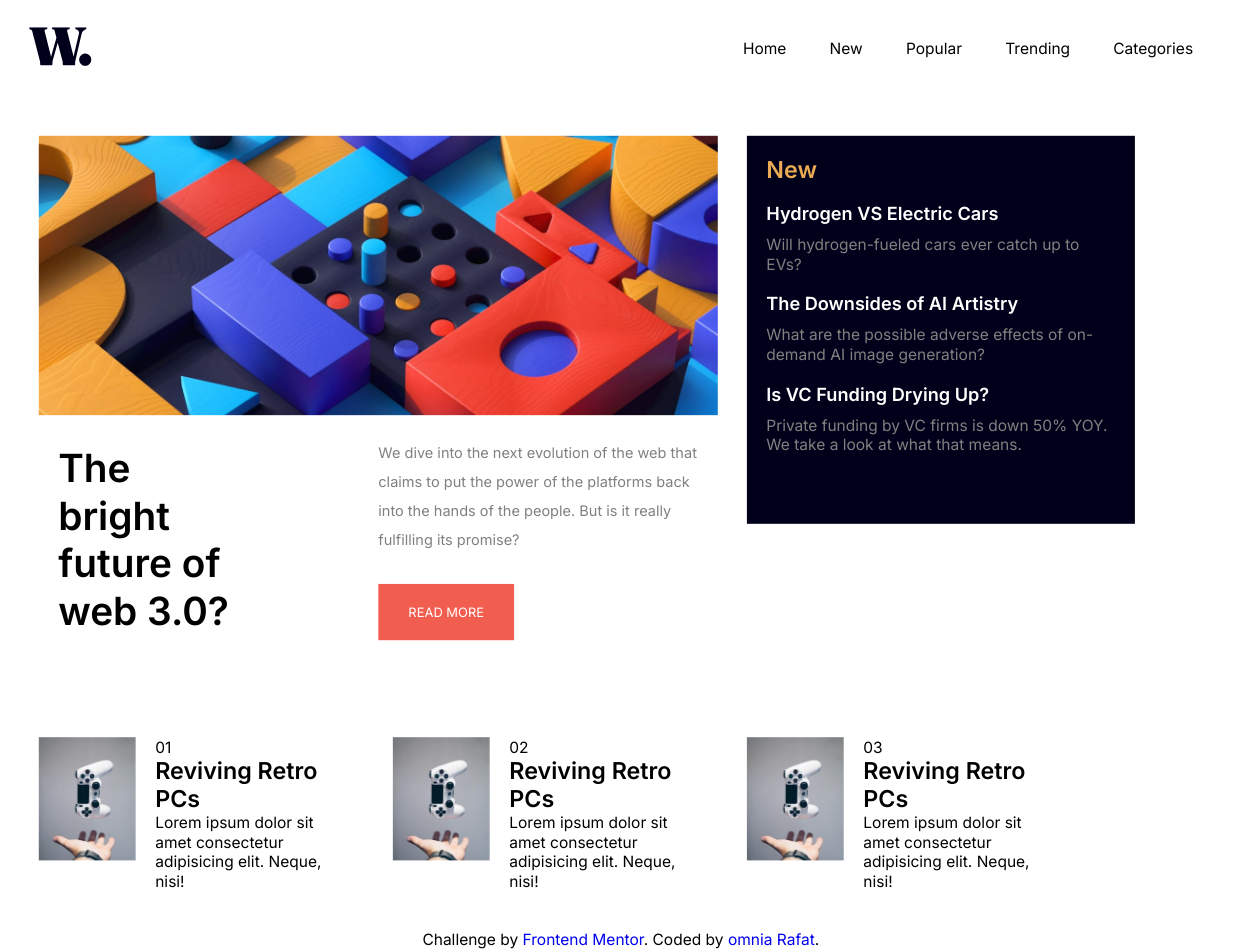
Repository: OmniaRafat232111121/HomePage
Page: index.html
These files come from the project's save history. The page is drawn as it stood at one moment and after a run of saves; the edit follows.
The browser window is 1280 px wide. The pictures show the whole page, at 97% of full size.

Above is the page before, as saved 2022-12-17 17:35:57.

### index.html
<!DOCTYPE html>
<html lang="en">
<head>
  <meta charset="UTF-8">
  <meta name="viewport" content="width=device-width, initial-scale=1.0"> <!-- displays site properly based on user's device -->

  <link rel="icon" type="image/png" sizes="32x32" href="./assets/images/favicon-32x32.png">

  <title>Frontend Mentor | News homepage</title>
 <link rel="stylesheet" href="style.css">
</head>
<body>
  <!--header start-->
  <header class="header">
    <div class="logo">
      <a href="index.html">
        <img src="./assets/images/logo.svg" alt="image"/>
      </a>
    </div>
    <nav>
      <ul>
        <li href="index.html"><a>Home</a></li>
        <li href="#new"><a>New</a></li>
        <li href="#popular"><a>Popular</a></li>
         <li href="#trending"><a>Trending</a></li>
         <li href="#categories"><a>Categories</a></li>

      </ul>
    </nav>

  </header>
    <!--header ends-->
    <!--home start-->
    <section class="home">
      <div class="container">
        <div class="col-play">
            <img src="./assets/images/image-web-3-desktop.jpg" alt="image"/>
            <div class="content">
              <div class="heading">
                <h1>The bright future of web 3.0?</h1>

              </div>
              <div class="reading">
               <p> We dive into the next evolution of the web that claims to put the power of the platforms back into the hands of the people.
                   But is it really fulfilling its promise?</p>
                 <button>Read More</button>
                  </div>

            </div>
        </div>
        <div class="col-content">
         <div class="new">
         <h2>New</h2>
      <h3><a href="#">Hydrogen VS Electric Cars</a></h3>
      <p>Will hydrogen-fueled cars ever catch up to EVs?</p>
      <h3><a href="#">The Downsides of AI Artistry</a></h3>
      <p>What are the possible adverse effects of on-demand AI image generation?</p>
      <h3><a href="#">Is VC Funding Drying Up?</a></h3>
      <p>Private funding by VC firms is down 50% YOY. We take a look at what that means.</p>

         </div>
        </div>




        <div class="products" id="products">
          <div class="product">
            <div class="image">
            <img src="./assets/images/image-gaming-growth.jpg"/>
            </div>
            <div class="con">
              <span>01</span>
              <h2>Reviving Retro PCs</h2>
              <p>Lorem ipsum dolor sit amet consectetur adipisicing elit. Neque, nisi!</p>
            </div>

          </div>
          <div class="product">
        <div class="image">
            <img src="./assets/images/image-gaming-growth.jpg" alt="j"/>
            </div>
            <div class="con">
              <span>02</span>
              <h2>Reviving Retro PCs</h2>
              <p>Lorem ipsum dolor sit amet consectetur adipisicing elit. Neque, nisi!</p>
            </div>

        </div>
        <div class="product">
        <div class="image">
            <img src="./assets/images/image-gaming-growth.jpg" alt="j"/>
            </div>
            <div class="con">
              <span>03</span>
              <h2>Reviving Retro PCs</h2>
              <p>Lorem ipsum dolor sit amet consectetur adipisicing elit. Neque, nisi!</p>
            </div>

        </div>
      </div>




    </section>
    <!--home end-->
  <div class="attribution">
    Challenge by <a href="https://www.frontendmentor.io?ref=challenge" target="_blank">Frontend Mentor</a>.
    Coded by <a href="#">omnia Rafat</a>.
  </div>
</body>
</html>

### style.css
@import url('https://fonts.googleapis.com/css2?family=Be+Vietnam+Pro:wght@100&family=Inter:wght@100;300;400;500;600&family=Montserrat:wght@400;700&family=Nunito:ital,wght@0,200;0,300;1,200&family=Open+Sans:ital,wght@0,300;0,600;0,700;1,300&family=Poppins:ital,wght@0,200;0,300;0,600;0,800;0,900;1,100;1,200;1,300;1,500&family=Work+Sans:ital,wght@0,100;0,200;0,400;0,500;1,200;1,300&display=swap');
*{
    margin:0;
    padding:0;
    box-sizing: border-box;
    font-family: Inter;
}
ul {
    list-style: none;
}
a{
    text-decoration: none;
}
.header{
    width: 100%;
    height:100px;
    display:flex;
    align-items: center;
    justify-content: space-between;
    padding:30px;
}
.header nav ul li{
    display: inline-block;
    padding:20px;
}
/*home*/
.home{
    padding:40px;
}
.container{
   display: grid;
    grid-template-columns: 700px 60px;
    gap: 30px;


}
.col-play{
    flex-basis: 80%;
}
.col-play img{
    max-width: 100%;
    width:100%;
}
.content{
    display:flex;
    align-items: center;
    justify-content: space-between;
    padding:20px;
}
.heading{
    flex-basis: 50%;
}
.heading h1{
    width:60%;
    font-size: 40px;
    font-weight: bold;
}
.reading{
    flex-basis: 50%;
}
.reading button{
    color:white;
    margin-top: 30px;
    background-color:hsl(5, 85%, 63%);
    border:1px solid transparent;
    padding:20px 30px ;
    text-transform: uppercase;
    display:block;
}
.reading button:hover{
color:hsl(5, 85%, 63%);
background-color: #000;
}
.reading p{
    color:hsl(0, 0%, 50%);
    line-height:2;
    font-size: 15px;
}
.col-content{
    flex-basis: 20%;
}
.new{
    width:400px;
    height:400px;
    background-color: hsl(240, 100%, 5%);
    color:#fff;
    padding:20px;
}

.new h2{
    color:hsl(35, 77%, 62%);
}
.new h3 a{
    color:#fff;
    padding-top: 20px;

}
.new h3{
    margin-top: 20px;
}
.new p{
    color:hsl(0, 0%, 50%);
    margin-top: 10px;
}
.attribution{
    text-align: center;
}
.products{
 display: grid;
    grid-template-columns: repeat(3, 350px);
    margin-top: 50px;
    gap: 15px;
}
.product{
    display: grid;
    gap: 20px;
    grid-template-columns: 100px 200px;;
}
.product .image img{
    max-width: 100%;
    width:100% ;
}

After the next 4 saves:
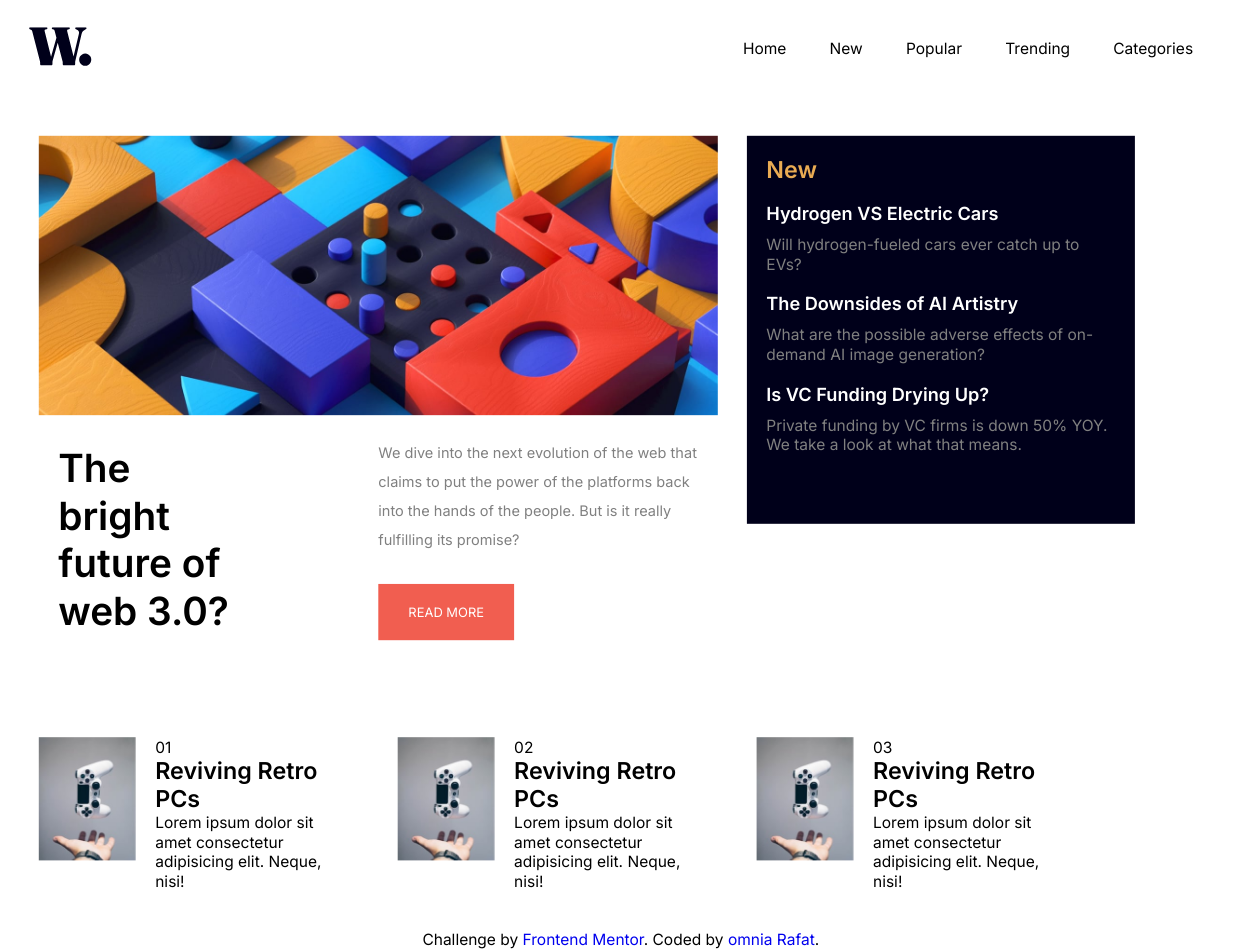
The 4 saves are shown as one change because they came seconds apart.
The last was saved 20 s later.
--- a/style.css
+++ b/style.css
@@ -107,9 +107,9 @@ background-color: #000;
 }
 .products{
  display: grid;
-    grid-template-columns: repeat(3, 350px);
-    margin-top: 50px;
-    gap: 15px;
+grid-template-columns: repeat(3, 350px);
+margin-top: 50px;
+gap: 20px;
 }
 .product{
     display: grid;
